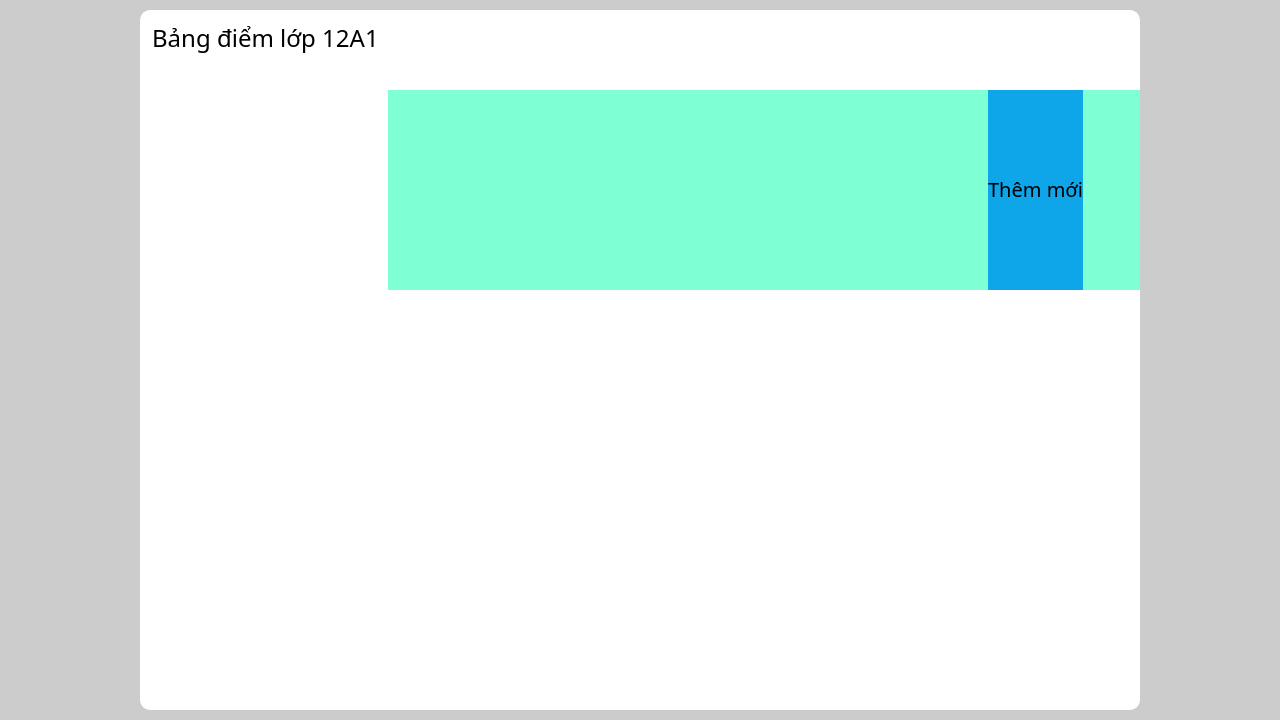
Repository: doducthuan/ReactJS-Movie
Page: /
The author's editor kept a copy of each file at every save. The page is drawn from the files as they stood at one save, then again after the next save.
The browser window is 1280 px wide. The pictures show the whole page.
The project was rebuilt for these pictures with package versions that can differ from the ones it lists, and the page was loaded fresh each time. Also part of the build but not shown: src/App.css.

Above is the page before, as saved 2024-01-13 05:54:38.

After the next save:
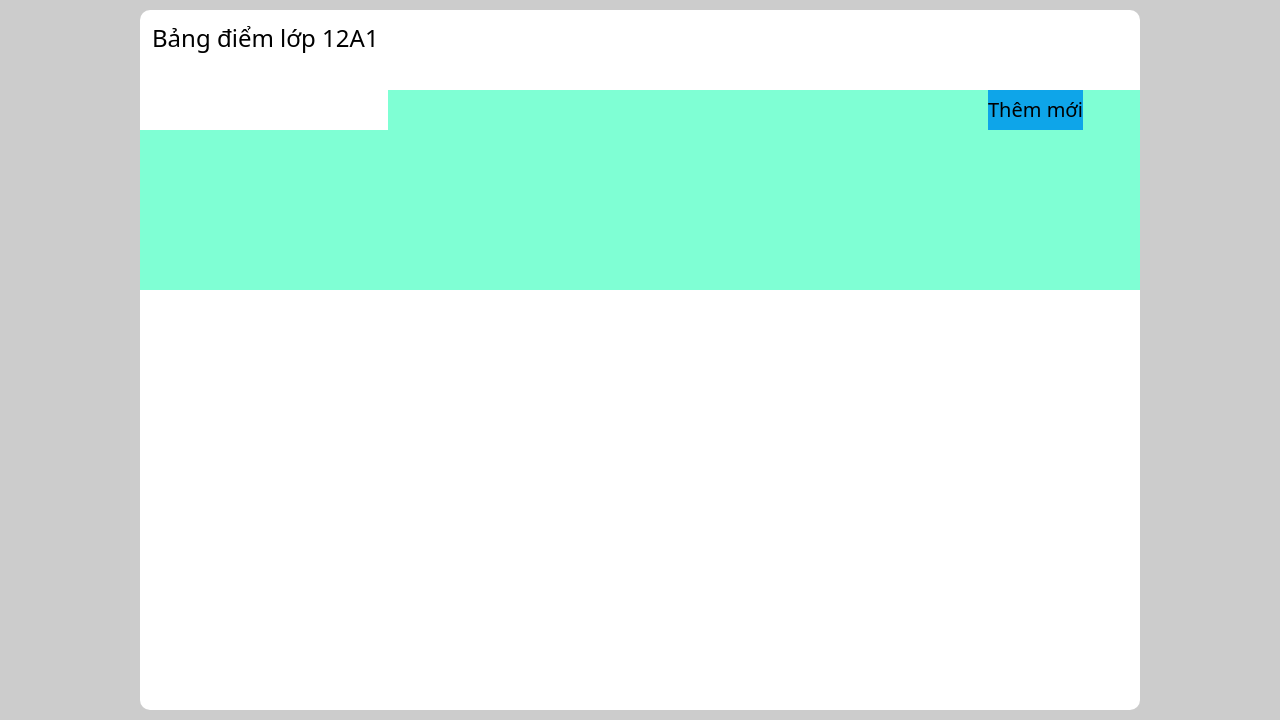
Saved 47 s later.
--- a/src/components/students/Students.js
+++ b/src/components/students/Students.js
@@ -6,8 +6,8 @@ const Students = () => {
             <div className="border-data">
                 <p className="font-sans text-2xl ml-3 mt-3">Bảng điểm lớp 12A1</p>
                 <div className="search-add mt-9 flex">
-                    <input className="search-all"/>
-                    <button className="font-sans text-xl bg-sky-500">Thêm mới</button>
+                    <input className="search-all h-10"/>
+                    <button className="font-sans text-xl bg-sky-500 h-10">Thêm mới</button>
                 </div>
             </div>
         </div>
